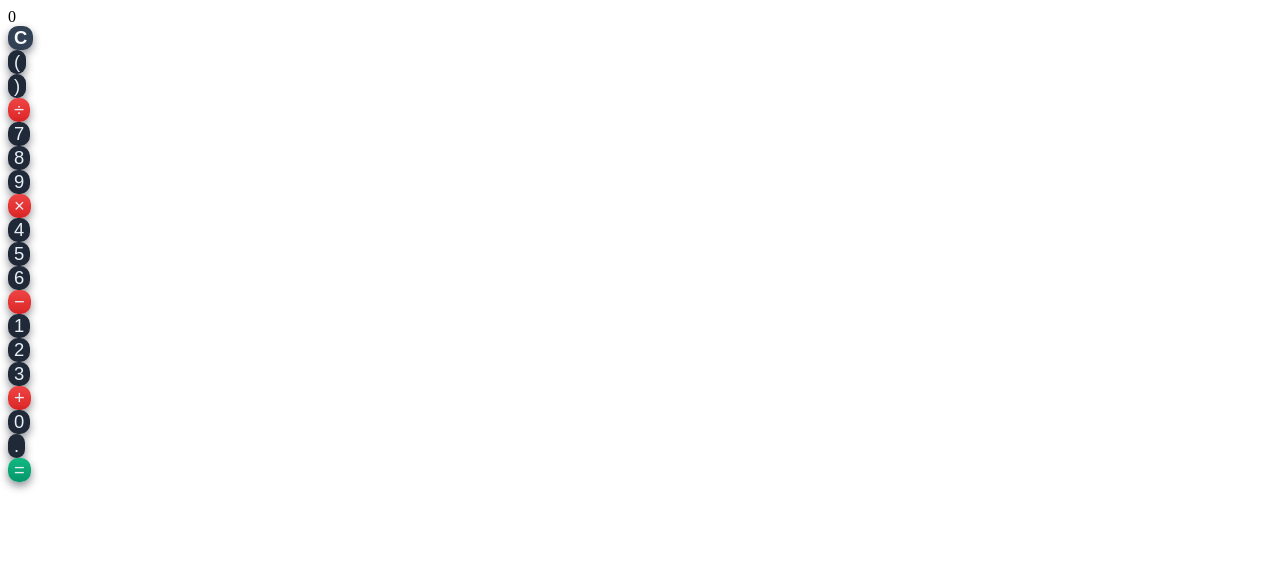
Repository: ShagunTomar2024/Frontend
Page: html/assignments/assignment2/index.html
These files come from the project's save history. The page is drawn as it stood at one moment and after the next save; the edit follows.
The browser window is 1280 px wide. The pictures show the whole page.

Above is the page before, as saved 2025-09-10 11:39:24.

After the next save:
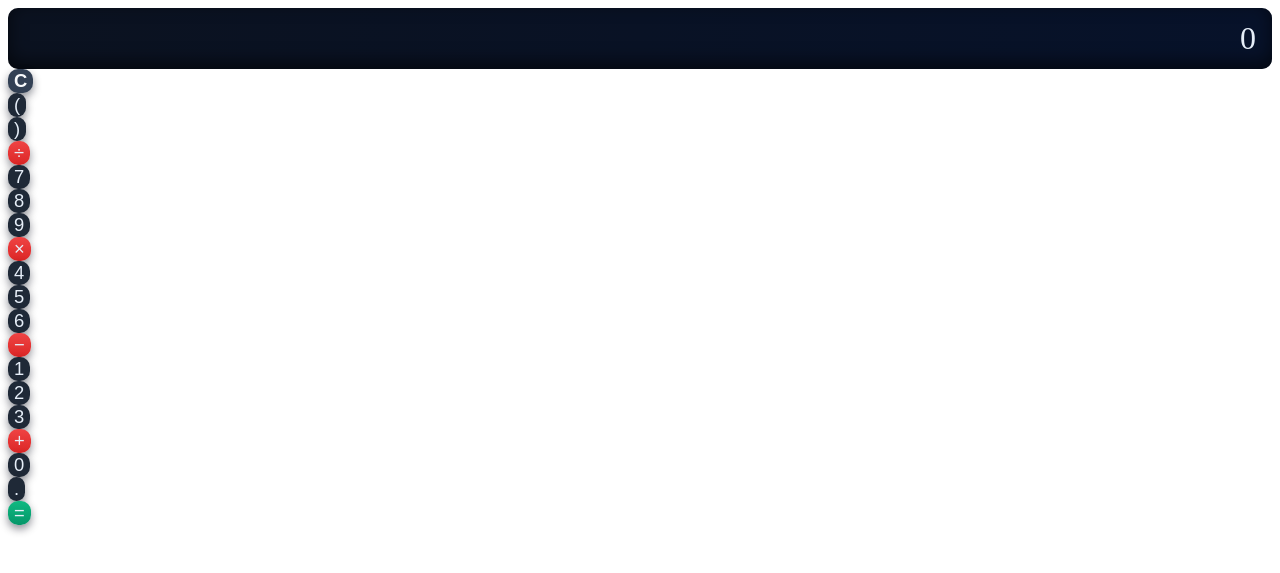
Saved 5 s later.
--- a/html/assignments/assignment2/style.css
+++ b/html/assignments/assignment2/style.css
@@ -17,7 +17,7 @@
     display: grid;
     grid-template-columns: repeat(4, minmax(60px, 1fr)); */  /* 4 columns */
     /*grid-template-rows: minmax(72px, auto) repeat(5, 64px); *//* 1 display row + 5 button rows */
-    gap: var(--gap);
+   /* gap: var(--gap);
   }
 
   /* Display */

After the 2 saves that followed:
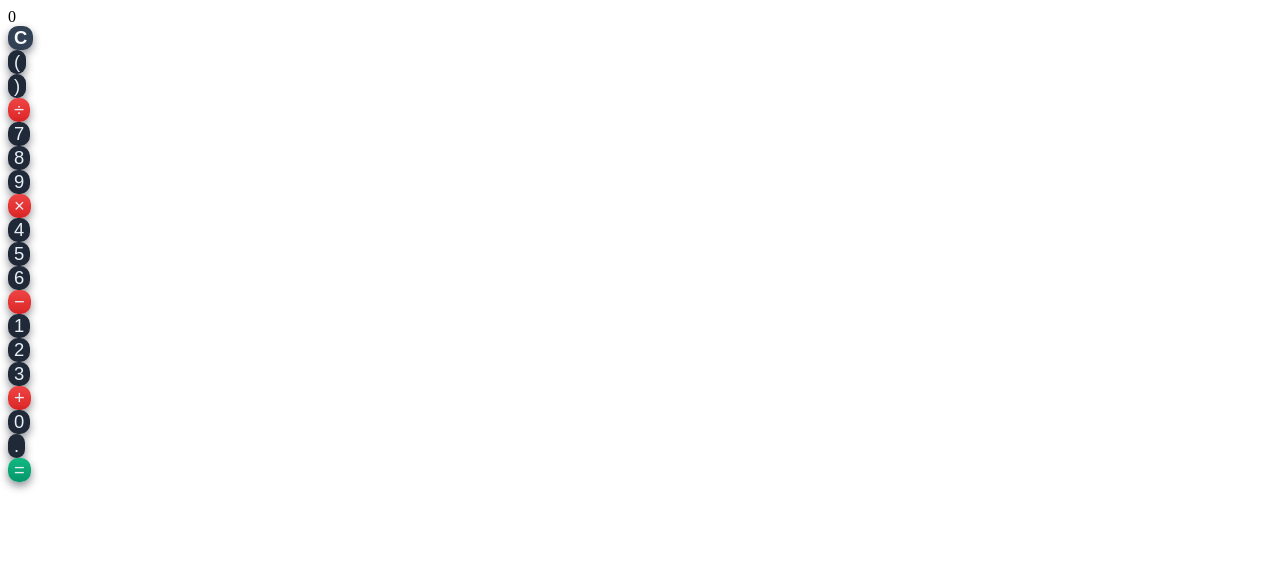
The 2 saves are shown as one change because they came seconds apart.
The last was saved 9 s later.
--- a/html/assignments/assignment2/style.css
+++ b/html/assignments/assignment2/style.css
@@ -21,9 +21,9 @@
   }
 
   /* Display */
-  .display{
+  /*.display{
     grid-column: 1 / -1;   /* full width */
-    background: linear-gradient(90deg,#0b1220,#07122a);
+   /* background: linear-gradient(90deg,#0b1220,#07122a);
     border-radius:10px;
     padding: 12px 16px;
     display:flex; align-items:center; justify-content:flex-end;
